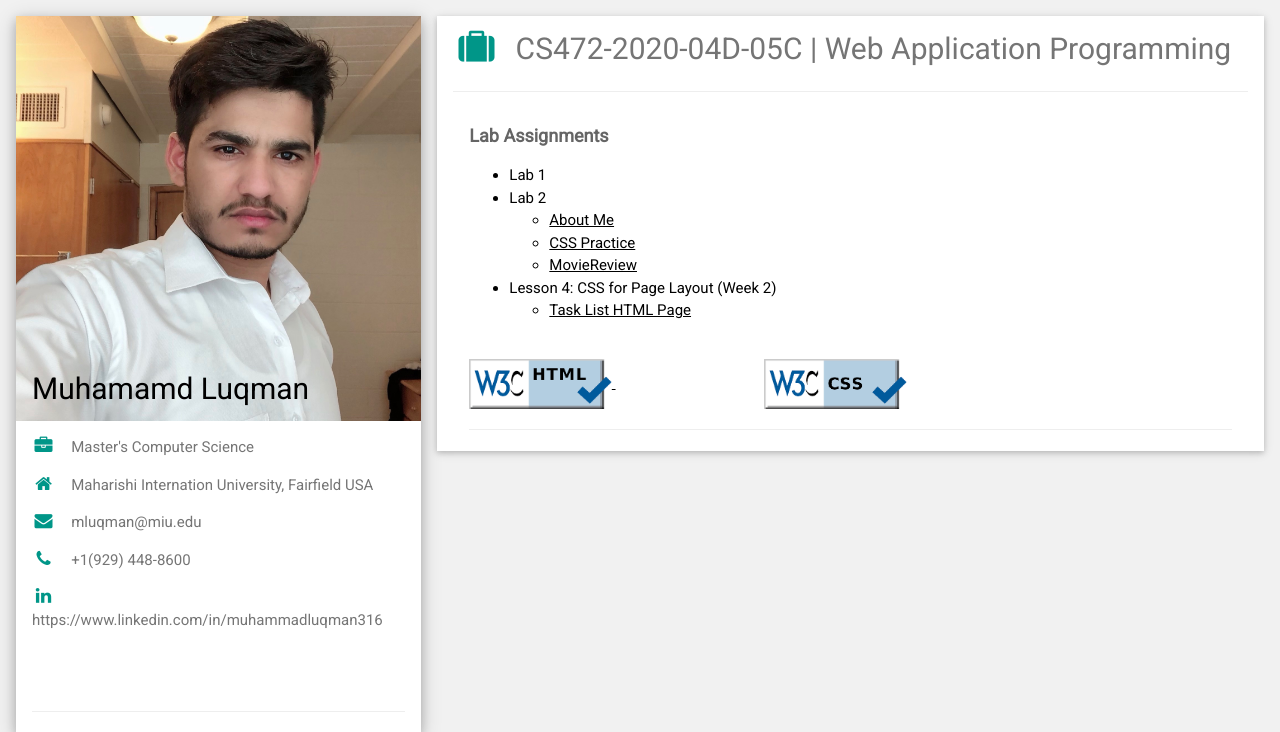
Repository: luqmang316/luqmang316.github.io
Page: index.html
An editor plug-in stored every save of this project. The page is shown before and after the next save, followed by the edit.
The browser window is 1280 px wide. The pictures show the whole page.

Above is the page before, as saved 2021-07-11 21:27:24.

After the next save:
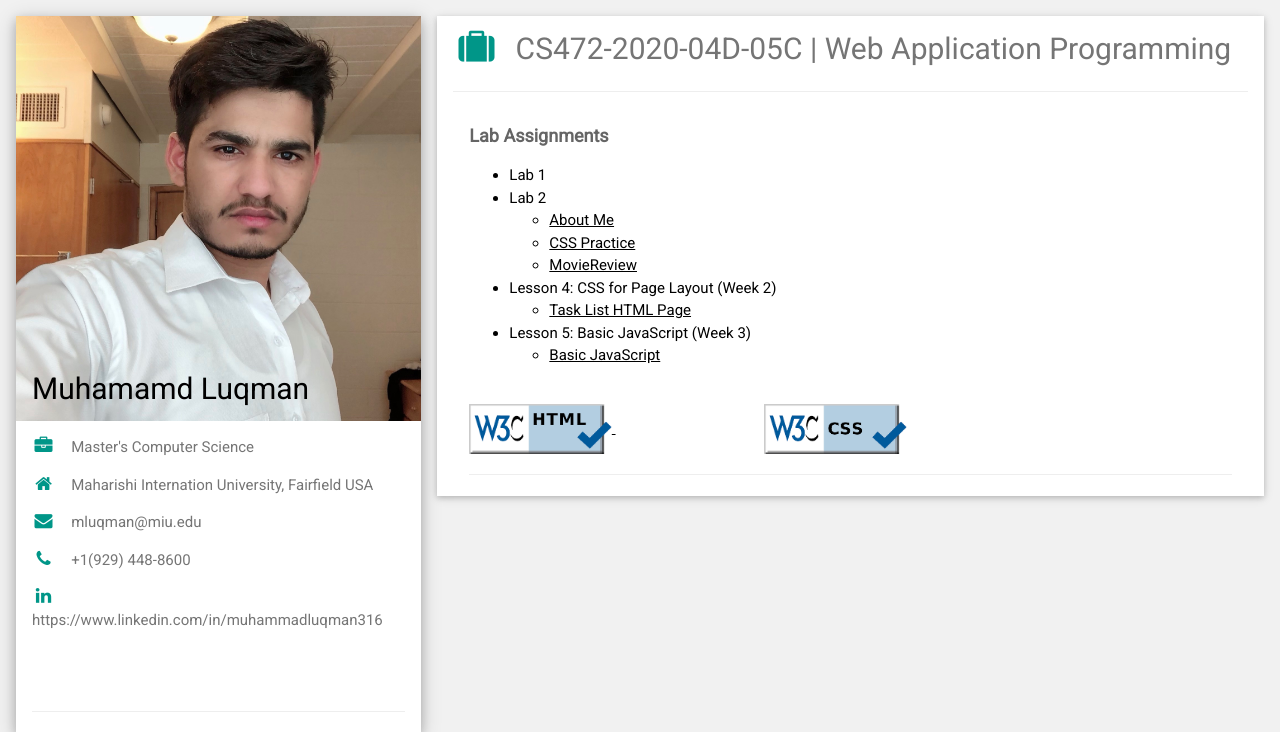
Saved 6 days later.
--- a/index.html
+++ b/index.html
@@ -78,13 +78,13 @@
                                     <li> <a href="Tasklist/tasklist.html">Task List HTML Page</a></li>
                                 </ul>
                             </li>
-                            <!-- <li>Lesson 5: Basic JavaScript (Week 3)
+                            <li>Lesson 5: Basic JavaScript (Week 3)
                                 <ul class="inside">
                                     <li> <a href="BasicJavaScript/BasicJavaScript.html">Basic JavaScript</a></li>
                                 </ul>
                             </li>
 
-                            <li>Lesson 6: Scope, closures and encapsulation
+                            <!-- <li>Lesson 6: Scope, closures and encapsulation
                                 <ul class="inside">
                                     <li> <a href="ScopeClosuresEncapsulation/ScopeClosuresEncapsulation.html">Scope, closures and encapsulation</a></li>
                                 </ul>
@@ -108,6 +108,7 @@
 
                             <li>Lab 9</li>
                             <li>Lab 10</li> -->
+
                         </ul>
                         <br>
 
